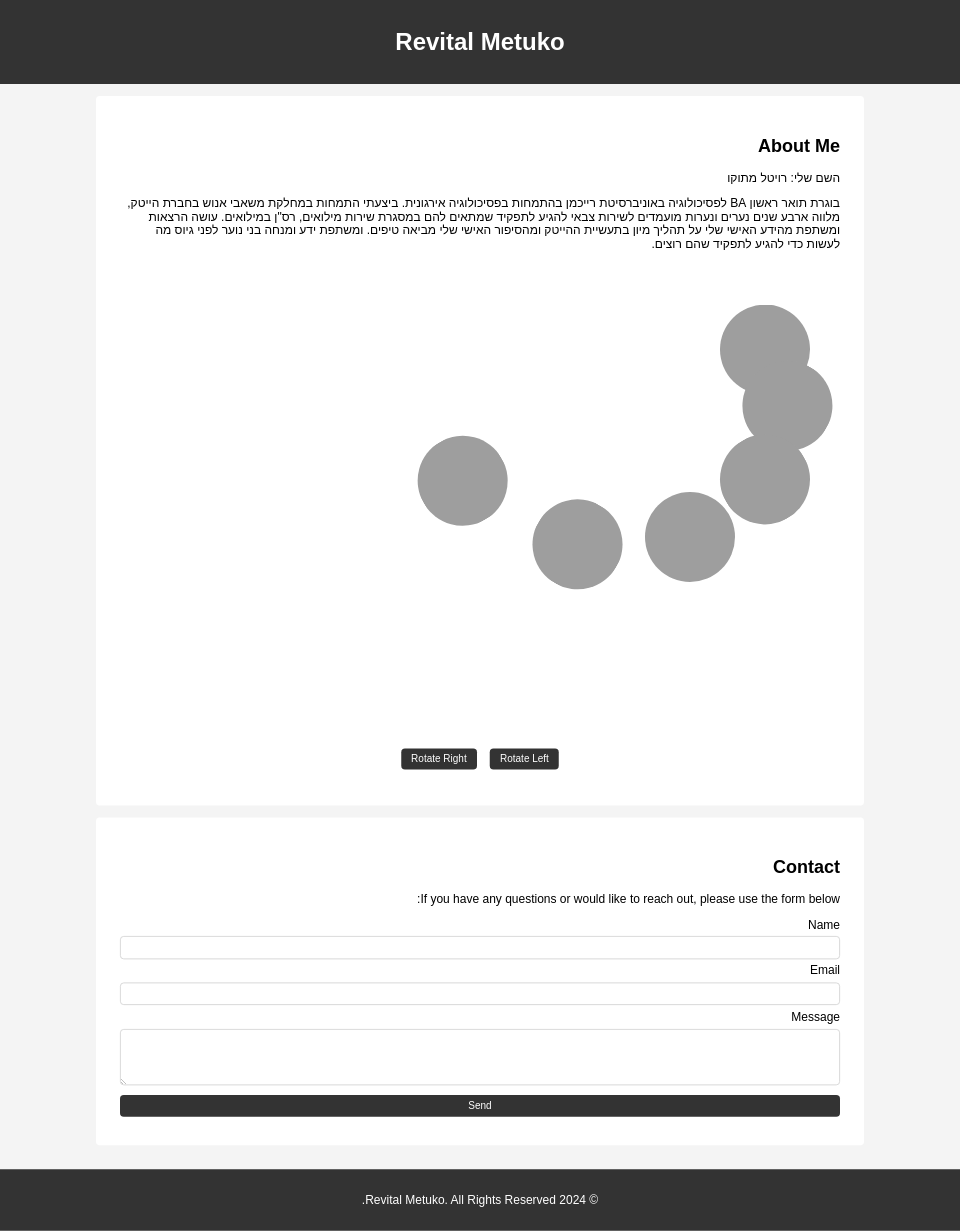
Repository: revitalmetuko/spiral-gallery
Page: RevitalWeb/index.html
These files come from the project's save history. The page is drawn as it stood at one moment and after the next save; the edit follows.
The browser window is 1280 px wide. The pictures show the whole page, at 75% of full size.
Pictures or frames that could not be fetched are drawn as grey boxes.

Above is the page before, as saved 2024-08-03 22:30:08.

After the next save:
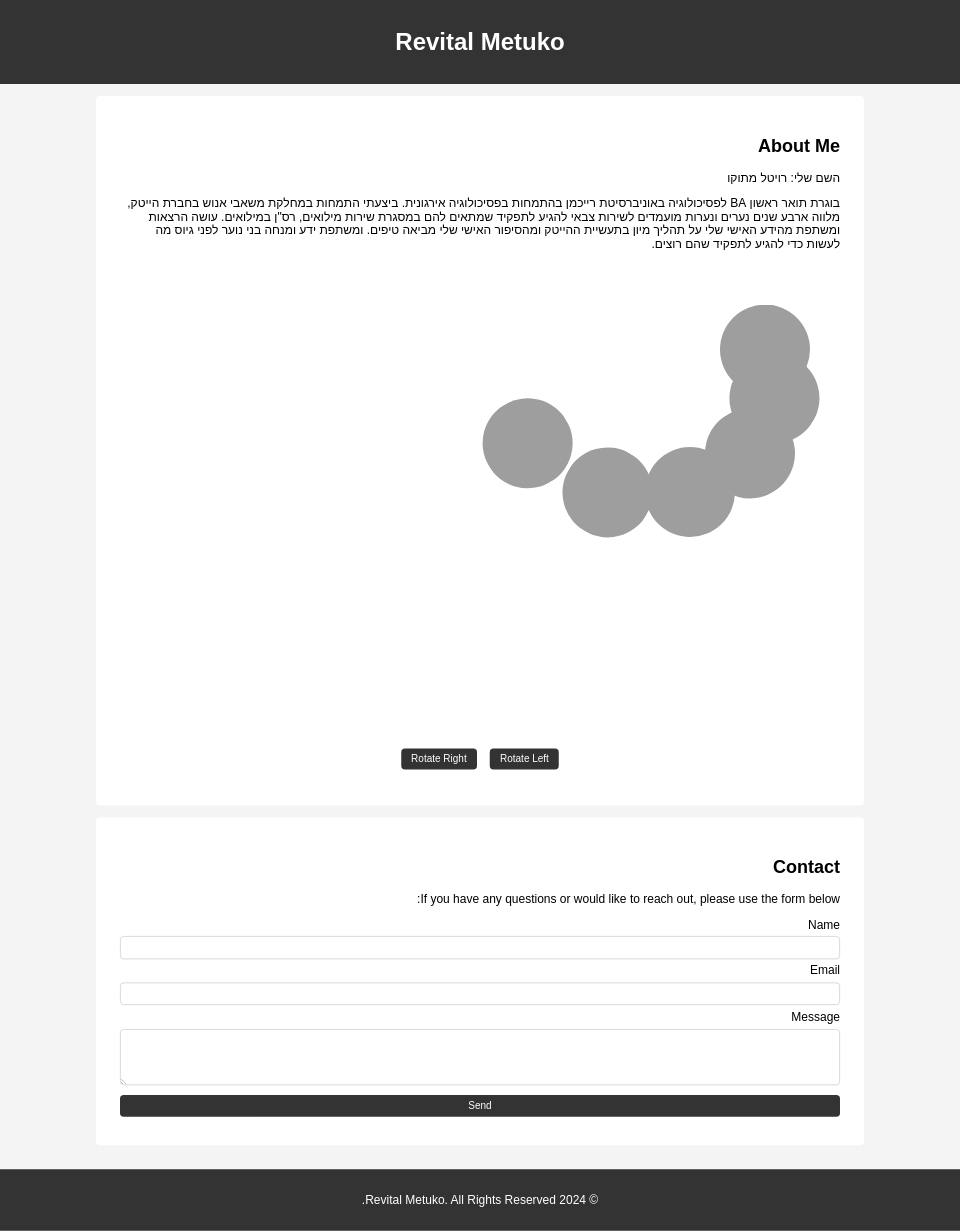
Saved 19 s later.
--- a/RevitalWeb/index.html
+++ b/RevitalWeb/index.html
@@ -131,7 +131,7 @@
         const images = document.querySelectorAll('.spiral-container img');
         const centerX = 100;
         const centerY = 100;
-        const radiusStep = 50
+        const radiusStep = 30
         let currentRadius = 100;
         const angleStep = 30;
         let currentAngle = 0;
